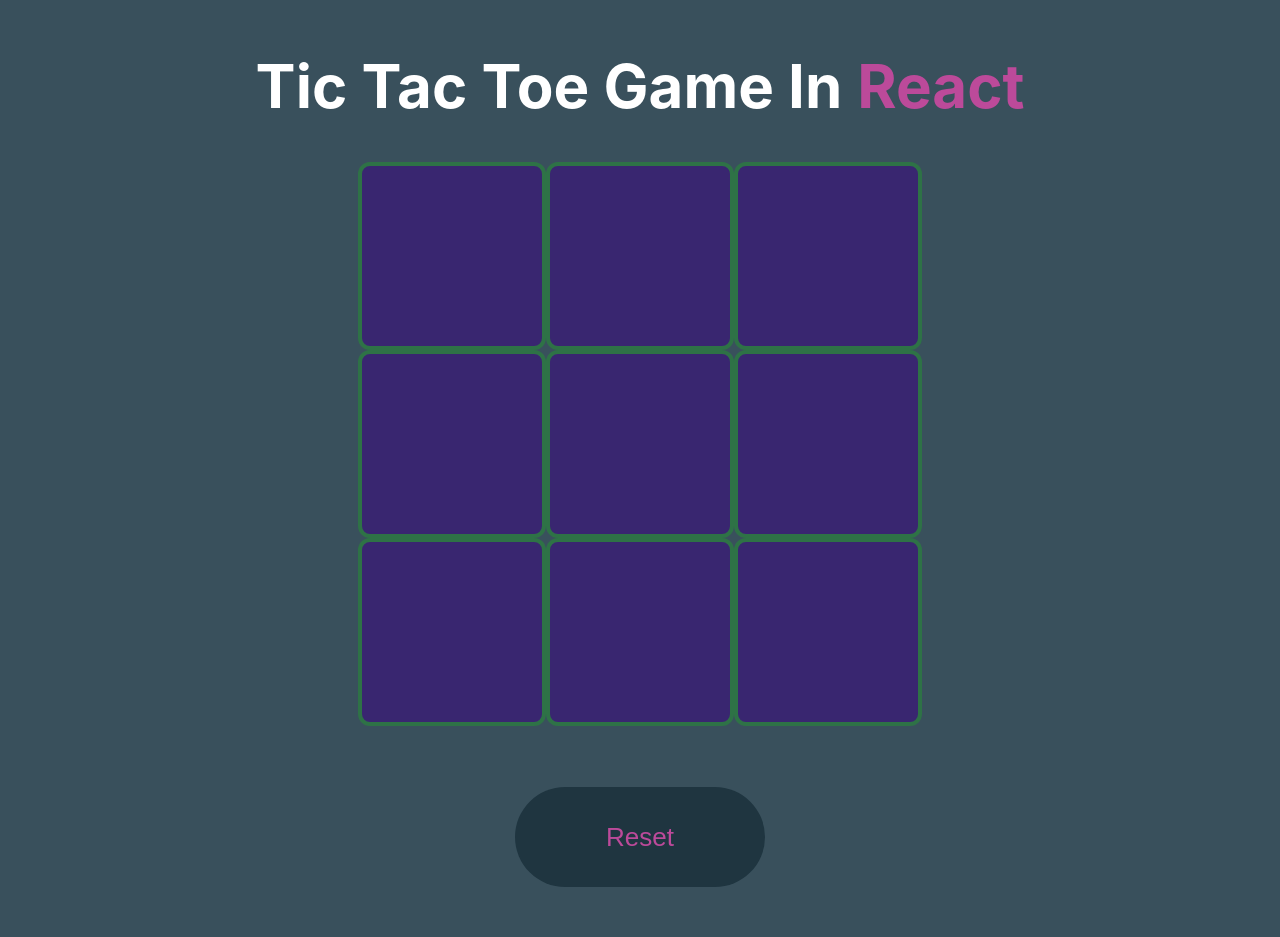
Repository: GigaByte6610/TicTacToe
Page: /
These files come from the project's save history. The page is drawn as it stood at one moment and after the next save; the edit follows.
The browser window is 1280 px wide. The pictures show the whole page.
The project was rebuilt for these pictures with package versions that can differ from the ones it lists, and the page was loaded fresh each time. Also part of the build but not shown: src/App.css.

Above is the page before, as saved 2025-02-01 07:18:31.

After the next save:
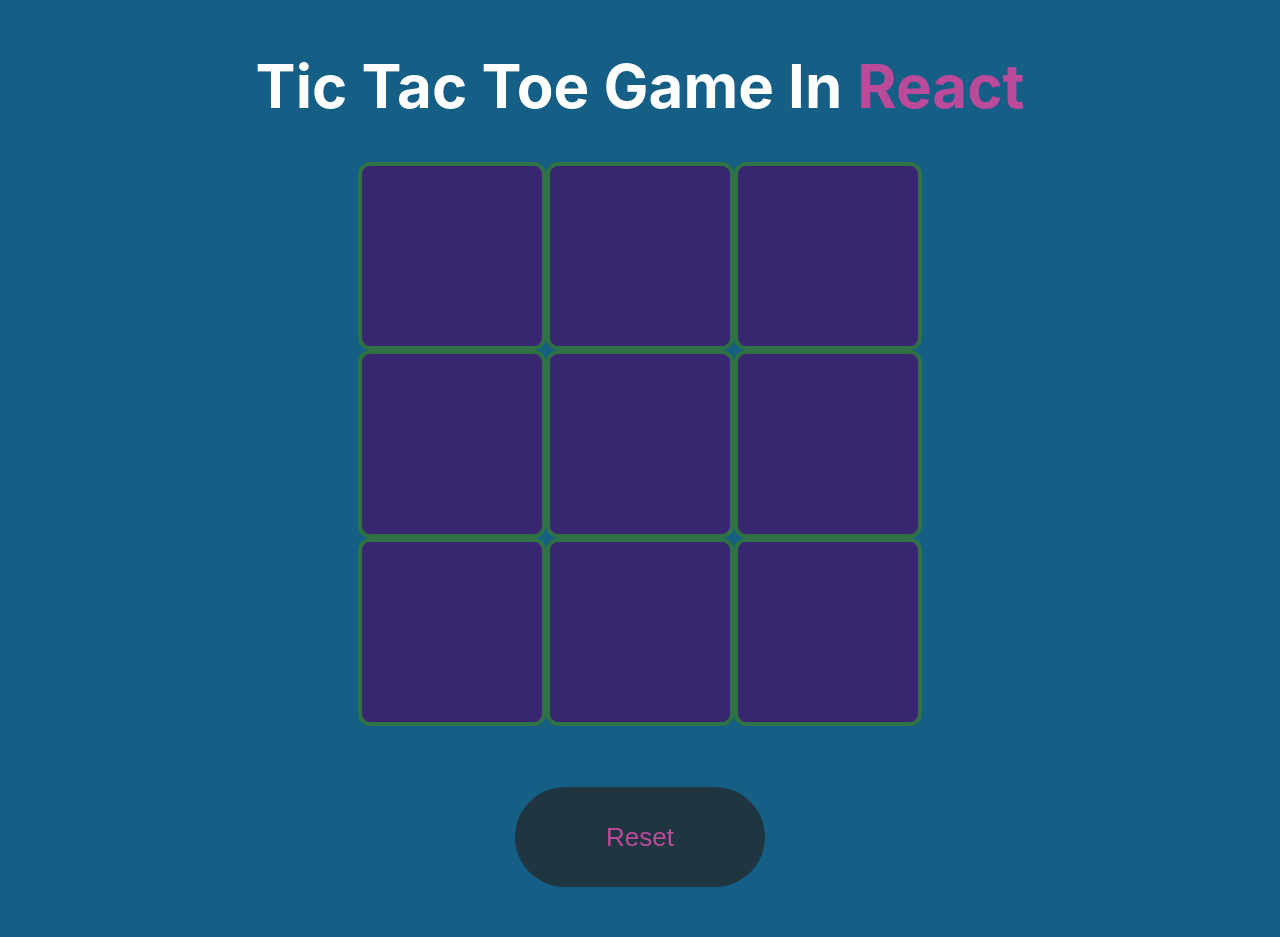
Saved 20 s later.
--- a/src/index.css
+++ b/src/index.css
@@ -3,7 +3,7 @@
     font-family: -apple-system, BlinkMacSystemFont, 'Segoe UI', 'Roboto', 'Oxygen', 'Ubuntu', 'Cantarell', 'Fira Sans', 'Droid Sans', 'Helvetica Neue', sans-serif;
     -webkit-font-smoothing: antialiased;
     -moz-osx-font-smoothing: grayscale;
-    background: #39505c;
+    background: #155f87;
 }
 
 code {
